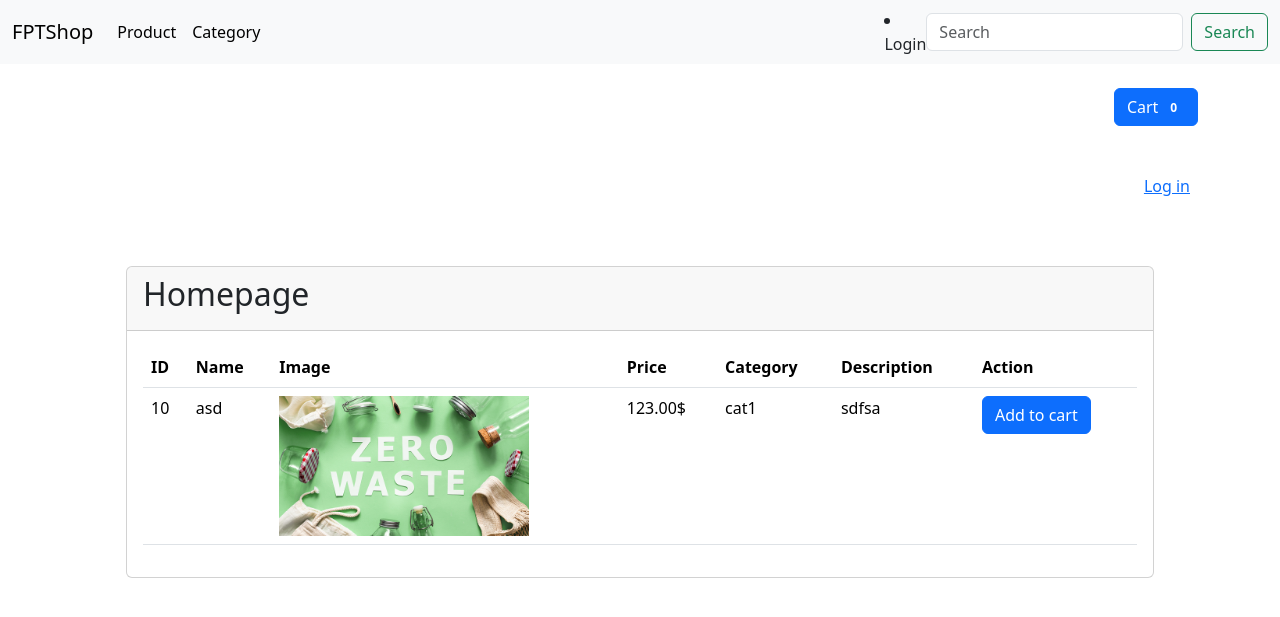
Repository: Minkuzu/assignment1
Page: http://localhost/
The author's editor kept a copy of each file at every save. The page is drawn from the files as they stood at one save, then again after a run of saves.
The browser window is 1280 px wide. The pictures show the whole page.
The page is served by the project's Laravel application, run on PHP 8.4 with Laravel 9. Other server files are loaded and not shown. The database holds what the project's SQL file puts in it.

Above is the page before, as saved 2023-04-28 23:53:06.

### routes/web.php
<?php

use Illuminate\Support\Facades\Route;
use App\Http\Controllers\ProductController;
use App\Http\Controllers\Controller;
use App\Http\Controllers\CategoryController;
use App\Http\Controllers\CartController;
use App\Http\Controllers\OrderController;

/*
|--------------------------------------------------------------------------
| Web Routes
|--------------------------------------------------------------------------
|
| Here is where you can register web routes for your application. These
| routes are loaded by the RouteServiceProvider within a group which
| contains the "web" middleware group. Now create something great!
|
*/

// Route::get('/', function () {
//     return view('welcome');
// });
Route::resource('products',ProductController::class);
Route::resource('categories',CategoryController::class);
Route::get('/','ProductController@dashboard')->name('index');
// Route::get('/create','ProductController@create')->name('create');
// Route::post('store/','ProductController@store')->name('store');
// Route::get('show/{product}','ProductController@show')->name('show');
// Route::get('edit/{product}','ProductController@update')->name('update');
// Route::put('edit/{product}','ProductController@index')->name('index');
// Route::delete('/[product]','ProductController@destroy')->name('destroy');
// Route::get('/search','ProductController@search');
// Route::get('add-to-cart/{id}', [ProductController::class, 'addToCart'])->name('add_to_cart');
// Route::get('cart', [ProductController::class, 'cart'])->name('cart');

// Route::get('/create','CategoryController@create')->name('create');
// Route::post('store/','CategoryController@store')->name('store');
// Route::get('show/{category}','CategoryController@show')->name('show');
// Route::get('edit/{category}','CategoryController@update')->name('update');
// Route::put('edit/{category}','CategoryController@index')->name('index');
// Route::delete('/[category]','CategoryController@destroy')->name('destroy');

Route::get('cart',[CartController::class, 'cart'])->name('cart');
Route::get('add-to-cart/{id}', [CartController::class, 'addToCart'])->name('add_to_cart');
Route::delete('remove-from-cart', [CartController::class, 'remove'])->name('remove_from_cart');
Route::patch('update-cart', [CartController::class, 'update'])->name('update_cart');
// Route::post('cart/{id}','CartController@store')->name('cart.store');

Route::get('/orders', [OrderController::class, 'store'])->name('orders.store');

Auth::routes();

Route::get('/products', [App\Http\Controllers\HomeController::class, 'index'])->name('home');

// Auth::routes();

Route::get('/home', [App\Http\Controllers\HomeController::class, 'index'])->name('home');

// Auth::routes();

Route::get('/home', [App\Http\Controllers\HomeController::class, 'index'])->name('home');

// Auth::routes();

Route::get('/home', [App\Http\Controllers\HomeController::class, 'index'])->name('home');

Route::get('/dashboard', function () {
    return view('dashboard');
})->middleware(['auth', 'verified'])->name('dashboard');

Route::middleware('auth')->group(function () {
    Route::resource('products',ProductController::class);
    Route::resource('categories',CategoryController::class);
    Route::resource('profile',ProfileController::class);
    Route::get('/profile', [ProfileController::class, 'edit'])->name('profile.edit');
    Route::patch('/profile', [ProfileController::class, 'update'])->name('profile.update');
    Route::delete('/profile', [ProfileController::class, 'destroy'])->name('profile.destroy');
    Route::get('/create',[ProductController::class,'create'])->name('create');
    Route::post('store/','ProductController@store')->name('store');
    Route::get('show/{product}','ProductController@show')->name('show');
    Route::get('edit/{product}','ProductController@update')->name('update');
    Route::put('edit/{product}','ProductController@index')->name('index');
    Route::delete('/[product]','ProductController@destroy')->name('destroy');
    Route::get('/search','ProductController@search');

    Route::get('/create','CategoryController@create')->name('create');
    Route::post('store/','CategoryController@store')->name('store');
    Route::get('show/{category}','CategoryController@show')->name('show');
    Route::get('edit/{category}','CategoryController@update')->name('update');
    Route::put('edit/{category}','CategoryController@index')->name('index');
    Route::delete('/[category]','CategoryController@destroy')->name('destroy');
});


// Auth::routes();

Route::get('/home', [App\Http\Controllers\HomeController::class, 'index'])->name('home');

### app/Http/Controllers/ProductController.php
<?php

namespace App\Http\Controllers;

use App\Models\Product;
use Illuminate\Http\Request;
use App\Models\Category;

class ProductController extends Controller
{
    /**
     * Display a listing of the resource.
     *
     * @return \Illuminate\Http\Response
     */
    public function index()
    {
        $products = Product::latest()->paginate(5);
        return view('products.index',compact('products'));
    }
    public function dashboard()
    {
        $products = Product::latest()->paginate(5);
        return view('welcome',compact('products'));
    }
    /**
     * Show the form for creating a new resource.
     *
     * @return \Illuminate\Http\Response
     */
    public function create()
    {
        $categories = Category::all();
        return view('products.create', compact('categories'));
    }

    /**
     * Store a newly created resource in storage.
     *
     * @param  \Illuminate\Http\Request  $request
     * @return \Illuminate\Http\Response
     */
    public function store(Request $request)
    {
        $request->validate([
            'name' => 'required|string|max:255',
            'image' => 'required|image|mimes:jpeg,png,jpg,gif,svg|max:2048',
            'desc' => 'required|string|max:255',
            'category_id' => 'required|exists:App\Models\Category,id'
        ]);
        $input = $request->all();
        if ($image = $request->file('image'))
        {
            $destinationPath = 'images/';
            $profileImage = date('YmdHis') . "." . $image->getClientOriginalExtension();
            $image->move($destinationPath, $profileImage);
            $input['image'] = "$profileImage";
        }
        Product::create($input);
        return redirect()->route('products.index')->with('msg', 'Product Created Successfully');
    }

    /**
     * Display the specified resource.
     *
     * @param  \App\Models\Product  $product
     * @return \Illuminate\Http\Response
     */
    public function show(Product $product)
    {
        return view('products.show',compact('product'));
    }

    /**
     * Show the form for editing the specified resource.
     *
     * @param  \App\Models\Product  $product
     * @return \Illuminate\Http\Response
     */
    public function edit(Product $product)
    {
        $categories = Category::all();
        return view('products.edit', compact('categories', 'product'));
    }

    /**
     * Update the specified resource in storage.
     *
     * @param  \Illuminate\Http\Request  $request
     * @param  \App\Models\Product  $product
     * @return \Illuminate\Http\Response
     */
    public function update(Request $request, Product $product)
    {
        $request->validate([
            'name' => 'required|string|max:255',
            'image' => 'required|image|mimes:jpeg,png,jpg,gif,svg|max:2048',
            'desc' => 'required|string|max:255',
            'category_id' => 'required|exists:App\Models\Category,id'
        ]);
        $input = $request -> all();
        if ($image = $request->file('image'))
        {
            $destinationPath = 'images/';
            $profileImage = date('YmdHis') . "." . $image->getClientOriginalExtension();
            $image->move($destinationPath, $profileImage);
            $input['image'] = "$profileImage";
        }else{
            unset($input['image']);
        }
        $product->update($input);
        return redirect()->route('products.index')->with('msg', 'Product Updated Successfully');
    }

    /**
     * Remove the specified resource from storage.
     *
     * @param  \App\Models\Product  $product
     * @return \Illuminate\Http\Response
     */
    public function destroy(Product $product)
    {
        $product->delete();
        return redirect()->route('products.index')->with('ok','Product deleted');
    }
    public function search(){
        $search_text = $_GET['search'];
        $product = Product::where('name','LIKE', '%'.$search_text.'%')->with('category')->get();
        return view('products.search',compact('product'));
    }
    public function cart()
    {
        return view('cart');
    }
    public function addToCart($id)
    {
        $product = Product::findOrFail($id);
        $cart = session()->get('cart', []);
        if (isset($cart[$id])) {
            $cart[$id]['quantity']++;
        } else {
            $cart[$id] = [
                "name" => $product->name,
                "image" => $product->image,
                "price" => $product->price,
                "desc" => $product->desc,
                "quantity" => 1

            ];
        }
        session()->put('cart', $cart);
        return redirect()->back()->with('success', 'Product Has Been Added To Cart');
    }
    public function updateCart(Request $request)
    {
        if($request->id && $request->quantity){
            $cart = session()->get('cart');
            $cart[$request->id]["quantity"] = $request->quantity;
            session()->put('cart', $cart);
            session()->flash('success', 'Cart Has Been Updated');
        }
    }
    public function remove(Request $request)
    {
        if ($request->id) {
            $cart = session()->get('cart');
            if (isset($cart[$request->id])) {
                unset($cart[$request->id]);
                session()->put('cart', $cart);
            }
            session()->flash('success', 'Product Has Been Removed From Cart');
        }
    }
}

### app/Models/Product.php
<?php

namespace App\Models;

use Illuminate\Database\Eloquent\Factories\HasFactory;
use Illuminate\Database\Eloquent\Model;
use App\Models\Category;
class Product extends Model
{
    use HasFactory;
    protected $fillable = ['name','image','price','desc','category_id'];
    public function category(){
        return $this->belongsTo(Category::class);
    }
}

### resources/views/welcome.blade.php
@extends('app')
@section('content')
<body class="antialiased">
    <div class="relative flex items-top justify-center min-h-screen bg-gray-100 dark:bg-gray-900 sm:items-center py-4 sm:pt-0">
        @if (Route::has('login'))
        <div class="d-flex flex-row-reverse bd-highlight">
            <div class="hidden fixed top-0 right-0 px-6 py-4 sm:block p-2 bd-highlight">
                @auth
                    <p>You're logged in</p>
                @else
                    <a href="{{ route('login') }}" class="text-sm text-gray-700 dark:text-gray-500 underline">Log in</a>
                    {{-- @if (Route::has('register'))
                        <a href="{{ route('register') }}" class="ml-4 text-sm text-gray-700 dark:text-gray-500 underline">Register</a>
                    @endif --}}
                @endauth
            </div>

        </div>
        @endif
    </div>
</body>
<div class= "container">
    <div class= "row" style= "margin:20px;">
        <div class= "col-12">
            <div class= "card">
                <div class= "card-header">
                    <h2>Homepage</h2>
                </div>
                <div class="card-body">
                    <div class="table-responsive">
                        <table class="table">
                            <thead>
                                <tr>
                                    <th>ID</th>
                                    <th>Name</th>
                                    <th>Image</th>
                                    <th>Price</th>
                                    <th>Category</th>
                                    <th>Description</th>
                                    <th>Action</th>
                                </tr>
                            </thead>
                            <tbody>
                                @foreach ($products as $prod)
                                <tr>
                                    <td>{{$prod->id}}</td>
                                    <td>{{$prod->name}}</td>
                                    <td><img src="/images/{{$prod->image}}" width="250px"></td>
                                    <td>{{$prod->price}}$</td>
                                    <td>{{$prod->category->name}}</td>
                                    <td>{{$prod->desc}}</td>
                                    <td>
                                        <p class="btn-holder">
                                            <a href="{{ route('add_to_cart', $prod->id) }}" class="btn btn-primary btn-block text-center" role="button">
                                                <i class="fa fa-shopping-cart" aria-hidden="true"></i>Add to cart</a>
                                            {{-- <form action="{{route('cart.store')}}" method="POST">
                                            @csrf
                                            <button type="submit">Add To Cart!!</button>
                                            </form> --}}
                                        </p>
                                    </td>
                                    @endforeach
                                </tr>
                            </tbody>
                        </table>
                        <div style="margin-left:40%">
                            {{$products->links()}}
                        </div>
                    </div>
                </div>
            </div>
        </div>
    </div>
</div>
@endsection

### app/Models/Category.php
<?php

namespace App\Models;

use Illuminate\Database\Eloquent\Factories\HasFactory;
use Illuminate\Database\Eloquent\Model;
use App\Models\Product;
class Category extends Model
{
    use HasFactory;
    protected $fillable = ['name','desc',];
    public function products(){
        return $this->hasMany(Product::class);
    }
}

### assignment1.sql (the tables this page reads)
CREATE TABLE `categories` (
  `id` bigint(20) UNSIGNED NOT NULL,
  `name` varchar(255) COLLATE utf8mb4_unicode_ci NOT NULL,
  `desc` varchar(255) COLLATE utf8mb4_unicode_ci NOT NULL,
  `created_at` timestamp NULL DEFAULT NULL,
  `updated_at` timestamp NULL DEFAULT NULL
) ENGINE=InnoDB DEFAULT CHARSET=utf8mb4 COLLATE=utf8mb4_unicode_ci;

INSERT INTO `categories` (`id`, `name`, `desc`, `created_at`, `updated_at`) VALUES
(1, 'cat1', 'desc for cat1', '2023-04-18 17:00:00', '2023-04-18 17:00:00');

ALTER TABLE `categories`
  ADD PRIMARY KEY (`id`);

ALTER TABLE `categories`
  MODIFY `id` bigint(20) UNSIGNED NOT NULL AUTO_INCREMENT, AUTO_INCREMENT=2;

CREATE TABLE `products` (
  `id` bigint(20) UNSIGNED NOT NULL,
  `name` varchar(255) COLLATE utf8mb4_unicode_ci NOT NULL,
  `image` varchar(255) COLLATE utf8mb4_unicode_ci DEFAULT NULL,
  `price` decimal(10,2) NOT NULL,
  `desc` varchar(255) COLLATE utf8mb4_unicode_ci NOT NULL,
  `category_id` bigint(20) UNSIGNED NOT NULL,
  `created_at` timestamp NULL DEFAULT NULL,
  `updated_at` timestamp NULL DEFAULT NULL
) ENGINE=InnoDB DEFAULT CHARSET=utf8mb4 COLLATE=utf8mb4_unicode_ci;

INSERT INTO `products` (`id`, `name`, `image`, `price`, `desc`, `category_id`, `created_at`, `updated_at`) VALUES
(10, 'asd', '20230424030138.jpg', '123.00', 'sdfsa', 1, '2023-04-23 20:01:38', '2023-04-23 20:01:38');

ALTER TABLE `products`
  ADD PRIMARY KEY (`id`),
  ADD KEY `products_category_id_foreign` (`category_id`);

ALTER TABLE `products`
  MODIFY `id` bigint(20) UNSIGNED NOT NULL AUTO_INCREMENT, AUTO_INCREMENT=11;

ALTER TABLE `products`
  ADD CONSTRAINT `products_category_id_foreign` FOREIGN KEY (`category_id`) REFERENCES `categories` (`id`);

Loaded but not shown: app/Http/Controllers/Auth/LoginController.php (common file); app/Http/Controllers/Controller.php (common file); app/Http/Controllers/Auth/ConfirmPasswordController.php (common file); lang/en.json (common file); resources/views/app.blade.php (114 lines, source omitted)

After the next 2 saves:
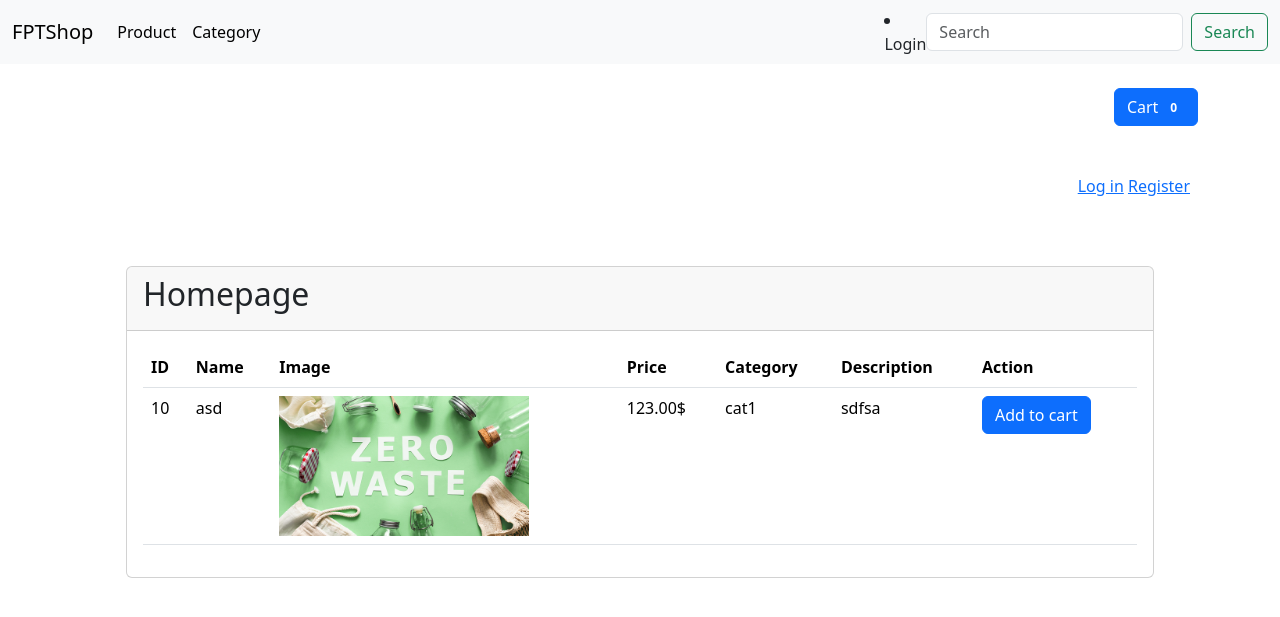
The 2 saves are shown as one change because 1 did not build or start.
The last was saved 9 h 31 min later.
--- a/resources/views/welcome.blade.php
+++ b/resources/views/welcome.blade.php
@@ -9,9 +9,9 @@
                     <p>You're logged in</p>
                 @else
                     <a href="{{ route('login') }}" class="text-sm text-gray-700 dark:text-gray-500 underline">Log in</a>
-                    {{-- @if (Route::has('register'))
+                @if (Route::has('register'))
                         <a href="{{ route('register') }}" class="ml-4 text-sm text-gray-700 dark:text-gray-500 underline">Register</a>
-                    @endif --}}
+                    @endif
                 @endauth
             </div>
 

After the 2 saves that followed:
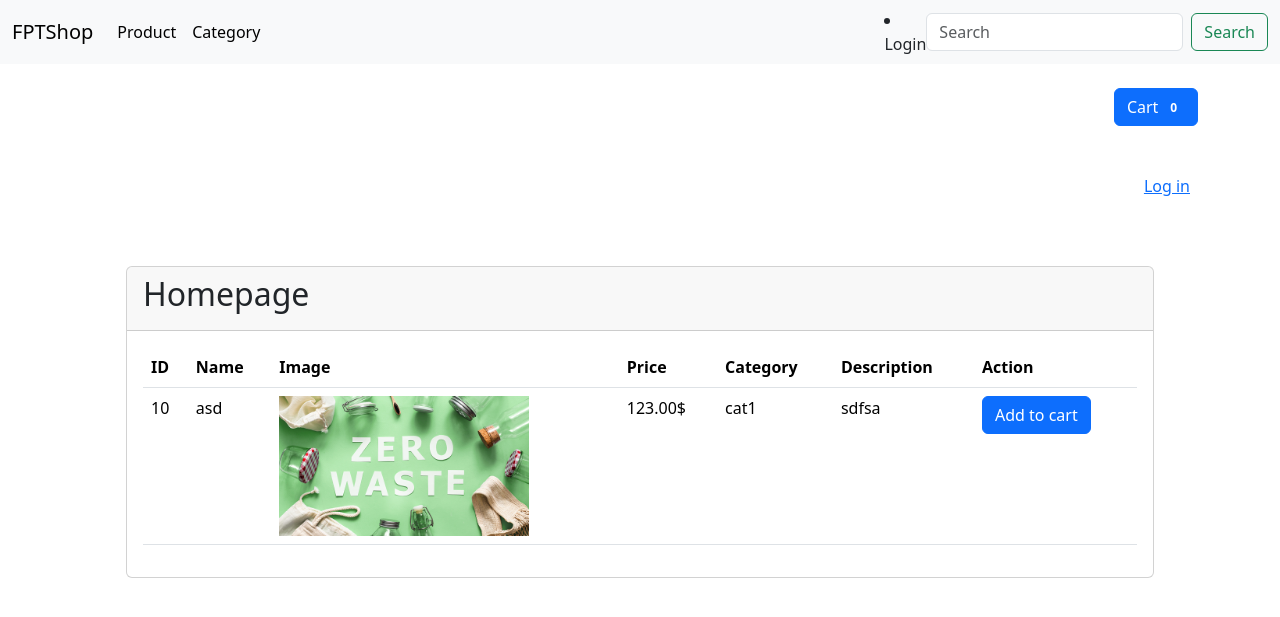
The 2 saves are shown as one change because they came seconds apart.
The last was saved 53 s later.
--- a/resources/views/welcome.blade.php
+++ b/resources/views/welcome.blade.php
@@ -9,9 +9,9 @@
                     <p>You're logged in</p>
                 @else
                     <a href="{{ route('login') }}" class="text-sm text-gray-700 dark:text-gray-500 underline">Log in</a>
-                @if (Route::has('register'))
+                    {{-- @if (Route::has('register'))
                         <a href="{{ route('register') }}" class="ml-4 text-sm text-gray-700 dark:text-gray-500 underline">Register</a>
-                    @endif
+                    @endif --}}
                 @endauth
             </div>
 
@@ -55,7 +55,7 @@
                                                 <i class="fa fa-shopping-cart" aria-hidden="true"></i>Add to cart</a>
                                             {{-- <form action="{{route('cart.store')}}" method="POST">
                                             @csrf
-                                            <button type="submit">Add To Cart!!</button>
+                                            <button type="submit">Add To Cart!</button>
                                             </form> --}}
                                         </p>
                                     </td>
